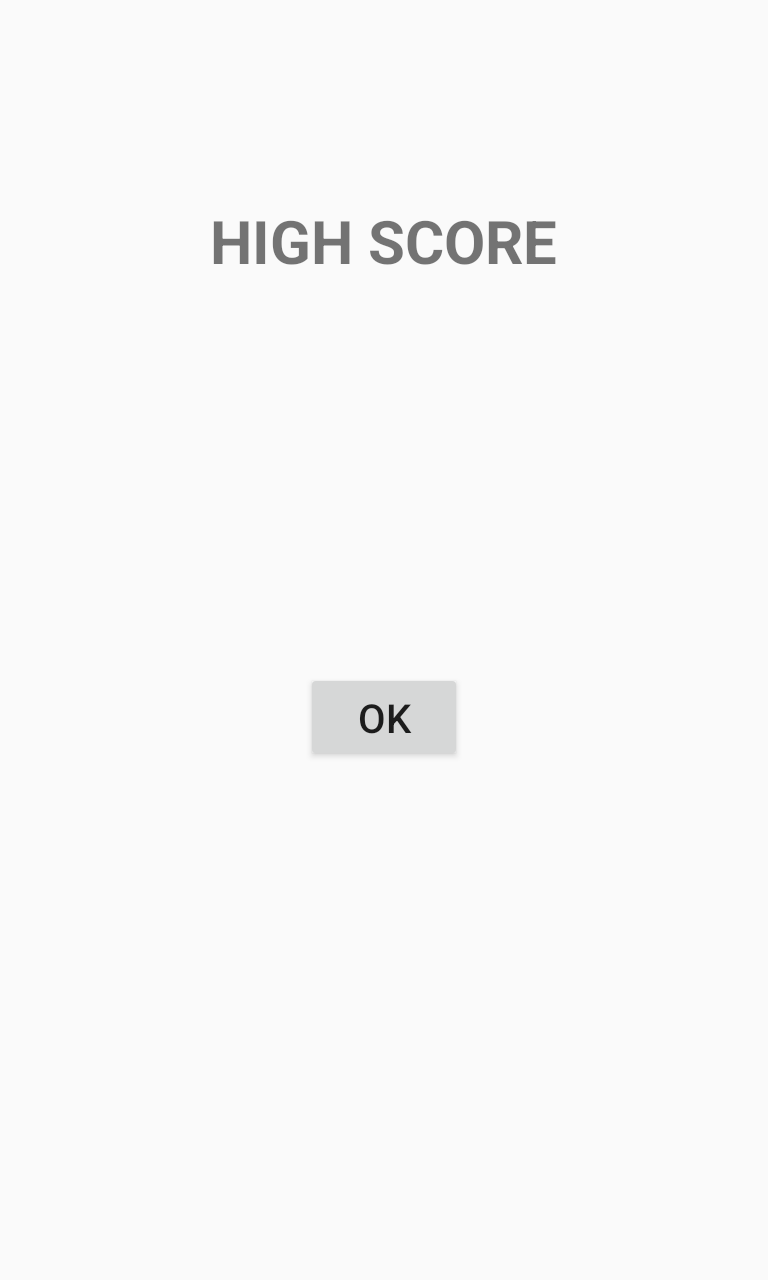
Repository: JoanneCaroll/Mathbomb
Layout: MathBomb/res/layout/activity_highscore.xml
The author's editor kept a copy of each file at every save. The layout is drawn from the files as they stood at one save, then again after the next save.
It is drawn on a 768 x 1280 px phone screen (xhdpi) without system bars, with theme AppTheme; the app's code is not run.

Above is the layout before, as saved 2014-11-13 04:09:17.

### MathBomb/res/layout/activity_highscore.xml
<?xml version="1.0" encoding="utf-8"?>
<LinearLayout
    xmlns:android="http://schemas.android.com/apk/res/android"
    android:layout_width="match_parent"
    android:layout_height="match_parent"
    android:orientation="vertical" >

    <TextView
        android:paddingTop="100dp"
        android:paddingBottom="30dp"
        android:layout_gravity="center"
        android:id="@+id/highscoreshow"
        android:layout_width="wrap_content"
        android:layout_height="wrap_content"
        android:textSize="30dp"
        android:textStyle="bold"
        android:text="@string/highscoretitle" />

    <TextView
        android:layout_gravity="center"
        android:id="@+id/category"
            android:layout_width="wrap_content"
            android:layout_height="wrap_content"
            android:textSize="20dp"
            android:textStyle="bold"
            android:paddingBottom="50dp"/>

    <LinearLayout
        android:layout_width="match_parent"
        android:layout_height="wrap_content"
        android:orientation="horizontal"
        android:gravity="center"
        android:paddingBottom="50dp" >

        <TextView
            android:id="@+id/score"
            android:layout_width="wrap_content"
            android:layout_height="wrap_content"
            android:textSize="20dp"
            android:paddingRight="50dp" />
        <TextView
            android:id="@+id/date"
            android:layout_width="wrap_content"
            android:layout_height="wrap_content"
            android:textSize="20dp"
            android:padding="5dp" />

   </LinearLayout>

   <Button
        android:layout_gravity="center"
       	android:id="@+id/ok_highscore"
        android:layout_width="80dp"
        android:layout_height="wrap_content"
        android:textSize="20dp"
        android:text="@string/ok"
        android:padding="10dp" />

</LinearLayout>

### MathBomb/res/values/strings.xml
<?xml version="1.0" encoding="utf-8"?>
<resources>

    <string name="app_name">MathBomb</string>
    <string name="action_settings">Settings</string>
    <string name="score">Score: </string>
    <string name="timeleft">Time Left: </string>
    <string name="highscore">High Score: </string>
    <string name="highscoretitle">HIGH SCORE</string>
    <string name="ok">Ok</string>
	<string name="setRange">Choose Range of Numbers: </string>

	<string name="menuplay">Play!</string>
	<string name="menuhighscore">High Score</string>
	<string name="menuhowtoplay">How to Play</string>
	<string name="menusettings">Settings</string>
	<string name="menuexit">Exit</string>

</resources>

Loaded but not shown: MathBomb/res/values/styles.xml (common file); MathBomb/res/values-v11/styles.xml (common file); MathBomb/res/values-v14/styles.xml (common file)

After the next save:
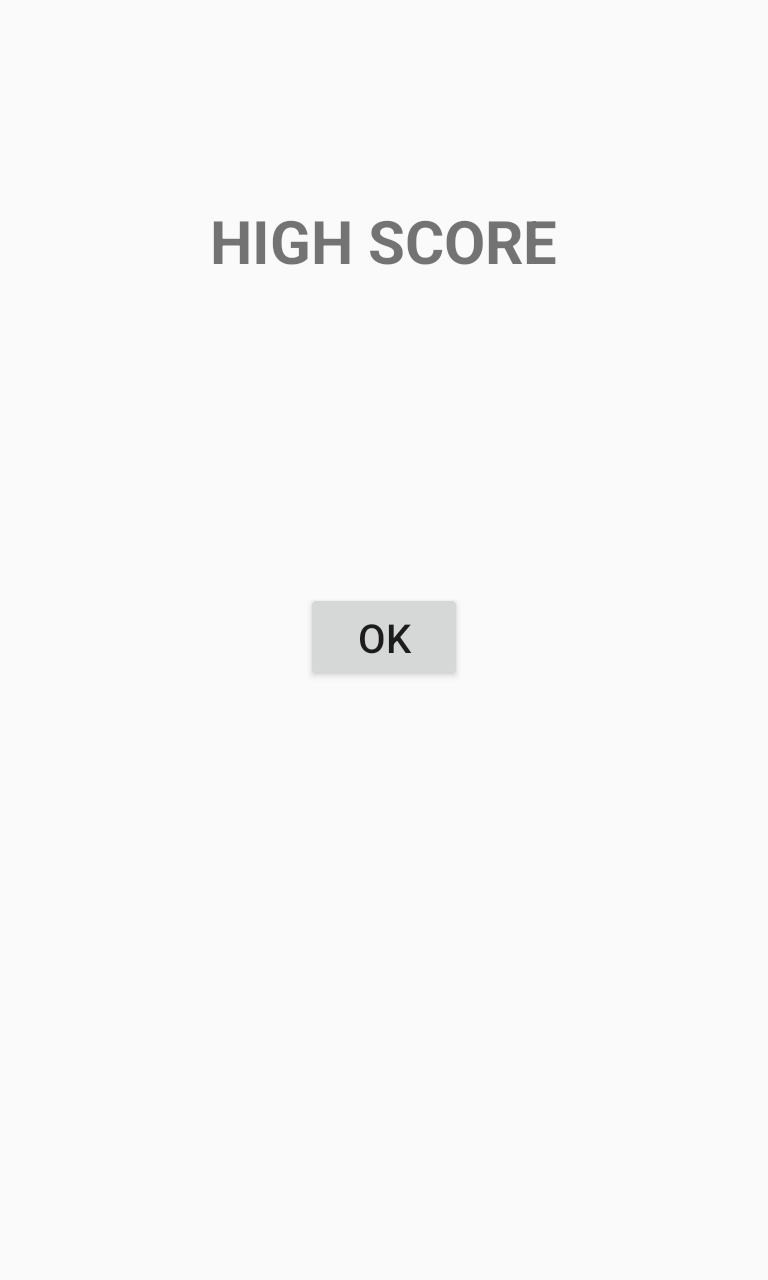
Saved 15 s later.
--- a/MathBomb/res/layout/activity_highscore.xml
+++ b/MathBomb/res/layout/activity_highscore.xml
@@ -23,7 +23,7 @@
             android:layout_height="wrap_content"
             android:textSize="20dp"
             android:textStyle="bold"
-            android:paddingBottom="50dp"/>
+            android:paddingBottom="10dp"/>
 
     <LinearLayout
         android:layout_width="match_parent"
